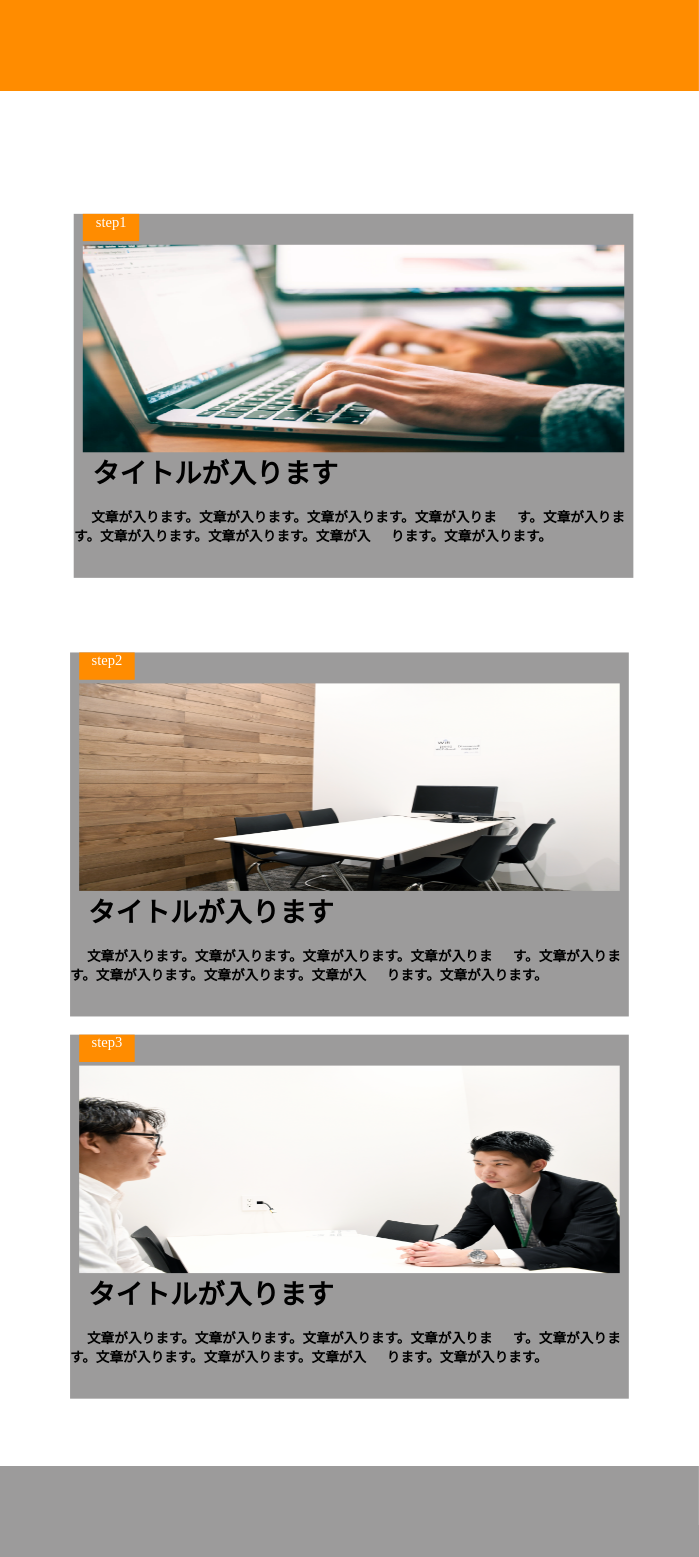
Repository: shiotaryuto/kadai1-10
Page: 課題/課題.html
The author's editor kept a record of every edit. The page is drawn from the files as they stood at one moment, then again after the next edit.
The browser window is 768 px wide. The pictures show the whole page, at 91% of full size.
Some web libraries are served in a nearby version.

Above is the page before.

After the next edit:
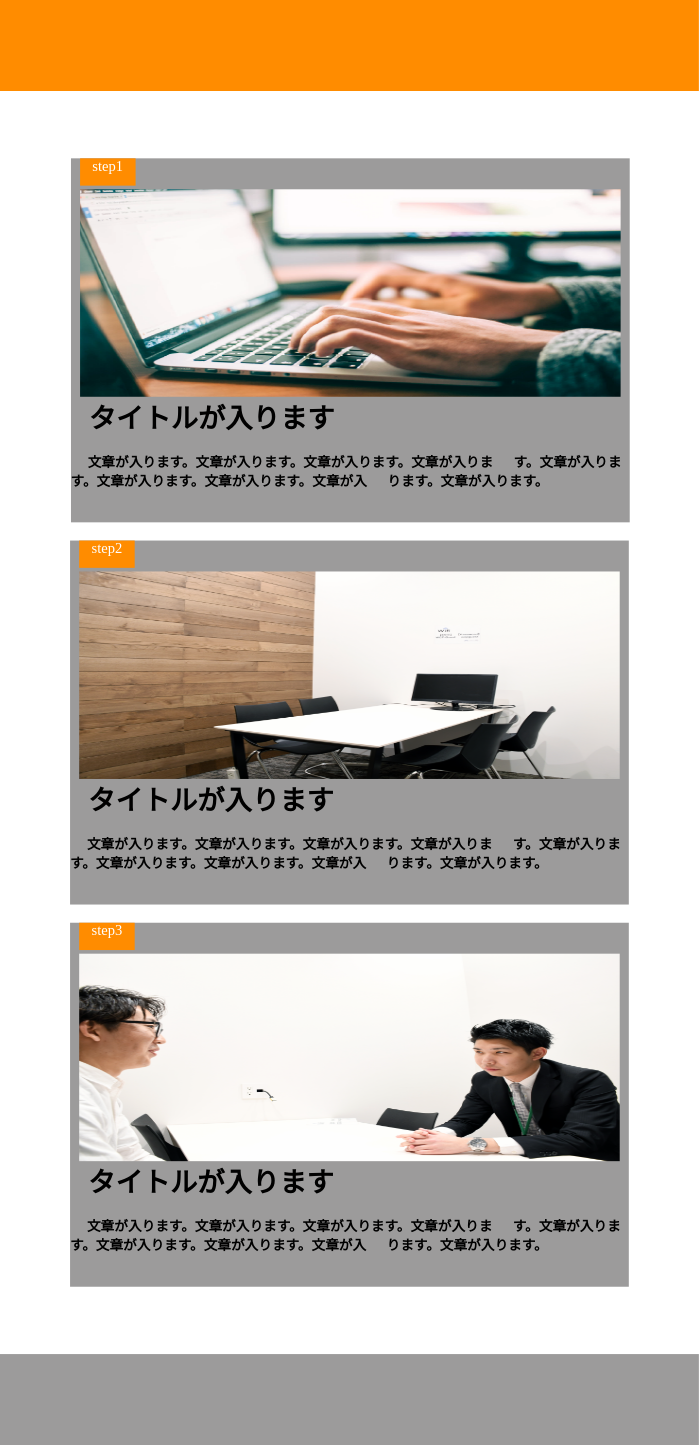
The edit:
--- a/課題/style.css
+++ b/課題/style.css
@@ -165,7 +165,7 @@
 .step1{
   width: 80%;
   height: 400px;
-  margin: 8%;
+  margin-left: 7.5%;
 }
 
 .step1-text-heading{
